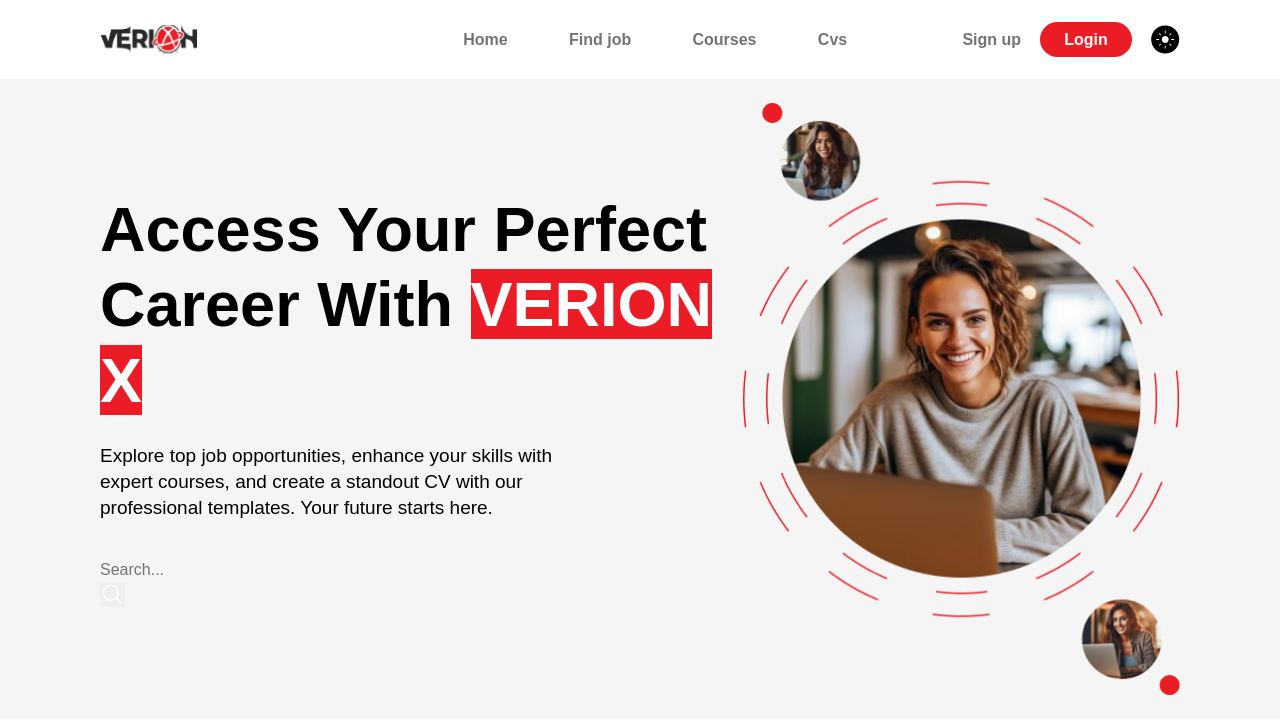
Repository: SahMenz/verionX
Page: /
An editor plug-in stored every save of this project. The page is shown before and after the next save, followed by the edit.
The browser window is 1280 px wide. The pictures show the whole page.
The project was rebuilt for these pictures with package versions that can differ from the ones it lists, and the page was loaded fresh each time. Also part of the build but not shown: vite.config.js.

Above is the page before, as saved 2024-06-14 14:51:51.

### src/App.jsx
import './App.css'
import Home from './components/home/home'
import 'bootstrap/dist/css/bootstrap.min.css';

function App() {

  return (
    <>
      <div>
          <Home />
      </div>
    </>
  )
}

export default App

### src/index.css
body {
    margin: 0;
    font-family: -apple-system, BlinkMacSystemFont, 'Segoe UI', 'Roboto', 'Oxygen',
      'Ubuntu', 'Cantarell', 'Fira Sans', 'Droid Sans', 'Helvetica Neue',
      sans-serif;
    -webkit-font-smoothing: antialiased;
    -moz-osx-font-smoothing: grayscale;
  }

  code {
    font-family: source-code-pro, Menlo, Monaco, Consolas, 'Courier New',
      monospace;
  }

  input{
    border: none;
    outline: none;
    background-color: transparent;
  }

  input[type="date"]::-webkit-inner-spin-button,
  input[type="date"]::-webkit-calendar-picker-indicator {
      display: none;
      -webkit-appearance: none;
  }

  button{
    outline: none;
    border: none;
  }

  textarea{
    background-color: transparent;
    border: none;
    outline: none;
  }

  @font-face {
    font-family: Quantico;
    src: url('./assets/fonts/Quantico.ttf');
  }

  @font-face {
    font-family: Poppins;
    src: url('./assets/fonts/Poppins.ttf');
  }

  @font-face {
    font-family: SourceSans;
    src: url('./assets/fonts/SourceSans.ttf');
  }


  /* Alerts */
  .alert-enter {
    opacity: 0;
    transform: scale(0.9);
  }
  .alert-enter-active {
    opacity: 1;
    transform: translateX(0);
    transition: opacity 300ms, transform 300ms;
  }
  .alert-exit {
    opacity: 1;
  }
  .alert-exit-active {
    opacity: 0;
    transform: scale(0.9);
    transition: opacity 300ms, transform 300ms;
  }




  /* ScrollBar  */
  /* width */
  ::-webkit-scrollbar {
    width: 5px;
  }

  /* Track */
  ::-webkit-scrollbar-track {
    background: #f1f1f1;
  }

  /* Handle */
  ::-webkit-scrollbar-thumb {
    background: #BD3193CC;
  }

  /* Handle on hover */
  ::-webkit-scrollbar-thumb:hover {
    background: rgba(189, 49, 147, 0.6);
  }

### src/App.css
*, *::before, *::after{
  padding: 0px;
  margin: 0px;
  box-sizing: border-box;
  font-family: "Rubik", sans-serif;
}
/* #root {
  max-width: 1280px;
  margin: 0 auto;
  padding: 2rem;
  text-align: center;
} */


/* BACKGROUND COLORS */

.bg-f5{
  background-color: #F5F5F5;
}
.bg-eb{
  background-color: #EB1C25;
}
.bg-ff{
  background-color: #fff;
}
.bg-d9{
  background-color: #D9D9D9;
  opacity: 20%;
}
.bg-00{
  background-color: #000;
}


/* FONT SIZES */

.txt-11{
  font-size: 11px;
}
.txt-13{
  font-size: 13px;
}
.txt-16{
  font-size: 16px;
}
.txt-19{
  font-size: 19px;
}
.txt-23{
  font-size: 23px;
}
.txt-45{
  font-size: 45px;
}
.txt-63{
  font-size: 63px;
}


/* TEXT COLOR */

.txt-eb{
  color:#EB1C25
}
.txt-f3{
  color: #737373
}
.txt-ff{
  color:#fff
}
.txt-00{
  color: #000;
}


/* FONT WEIGHT */

.fw-400{
  font-weight: 400;
}
.fw-500{
  font-weight: 500;
}
.fw-600{
  font-weight: 600;
}


/* LINE HEIGHT */

.lh-19{
  line-height: 19.2px;
}
.lh-75{
  line-height: 75.6px;
}
.lh-26{
  line-height: 26.38px;
}
.lh-22{
  line-height: 22.8px;
}
.lh-27{
  line-height: 27.6px;
}
.lh-15{
  line-height: 15.89px;
}
.lh-13{
  line-height: 13.2px;
}
.lh-54{
  line-height: 54px;
}
.lh-34{
  line-height: 34.5px;
}
.lh-67{
  line-height: 67.5px;
}
.lh-32{
  line-height: 32.2px;
}
.lh-18{
  line-height: 18.96px;
}

### src/components/home/home.jsx
import Navigation from "../navigation/navigation"
import Hero from "./hero/hero"

function Home() {
  return (
    <div >
        <Navigation />
        <Hero />
    </div>
  )
}

export default Home

### src/components/navigation/navigation.jsx
import logo from '../../assets/images/logo.svg'
import CustomSvg from '../customSvg/customSvg'
import './navigation.css'


function Navigation() {

  return (
    <div className="d-flex justify-content-between navContainer">
        <img src={logo} alt="" />
        <div className='d-none d-lg-flex navigationLink justify-content-between align-items-center'>
          <div className='d-flex justify-content-between align-items-center links'>
            <a href="#" className='small-txt lh-19 fw-600 text-decoration-none txt-f3'>Home</a>
            <a href="#" className='small-txt lh-19 fw-600 text-decoration-none txt-f3'>Find job</a>
            <a href="#" className='small-txt lh-19 fw-600 text-decoration-none txt-f3'>Courses</a>
            <a href="#" className='small-txt lh-19 fw-600 text-decoration-none txt-f3'>Cvs</a>
          </div>
          <div className='d-flex justify-content-between align-items-center switchmode'>
            <a href="#" className='small-txt lh-19 fw-600 text-decoration-none txt-f3'>Sign up</a>
            <a href="#" className='small-txt lh-19 fw-600 text-decoration-none txt-ff bg-eb px-4 py-2 rounded-5'>Login</a>
            <CustomSvg name="switchModes" className="cursor-pointer"/>
          </div>
        </div>
        <div className=' d-lg-none cursor-pointer' style={{width: "40px", height: "40px", display: 'flex', flexDirection: 'column', alignItems: "center", justifyContent: "center", gap: "5px"}}>
          <div style={{width : "30px", height:"3px", backgroundColor : 'black' }}></div>
          <div style={{width : "30px", height:"3px", backgroundColor : 'black' }}></div>
          <div style={{width : "30px", height:"3px", backgroundColor : 'black' }}></div>
        </div>
    </div>
  )
}

export default Navigation

### src/components/home/hero/hero.jsx
import accesYourPerfectImage from '../../../assets/images/accesYourPerfectImage.png';
import CustomSvg from '../../customSvg/customSvg';

function Hero() {
  return (
    <div className='d-flex align-items-center justify-content-between py-4 bg-f5' style={{padding: "0px 100px",}}>
        <div style={{width: "50vw", maxWidth:"773px"}}>
            <div className='txt-63 lh-75 txt-ff fw-600 txt-00' style={{width: "50vw", maxWidth:"733px"}}>Access Your Perfect Career With <span className='bg-eb fw-600 txt-ff'>VERION X</span></div>
            <div className='txt-00 lh-26 txt-19' style={{width:"39vw", maxWidth:"630px", padding:" 24px 0px 36px 0px"}}>
                Explore top job opportunities, enhance your skills with expert courses, and create a standout CV with our professional templates. Your future starts here.
            </div>
            <div className="search-container" >
                <input type="text" placeholder="Search..."  style={{width: "733px"}}/>
                <button><CustomSvg name="search" className="bg-eb p-2" style={{borderRadius:"10px" ,position: "absolute", right: "5px", top:"50%", transform: "translateY(-50%)"}}/></button>
            </div>
            <div></div>
        </div>
        <img src={accesYourPerfectImage} style={{width: "35vw", maxWidth:"437px"}} alt="three images" />
    </div>
  )
}

export default Hero

### src/components/navigation/navigation.css
.navContainer{
    padding: 22px 100px;
    box-shadow: 0px 10px 10px 10px rgba(0, 0, 0, 0.2);
}

.navigationLink{
    width: 56vw;
    min-width: 600px;
    max-width: 888px;
}
.links{
    width: 30vw;
    min-width: 300px;
    max-width: 482px;
}
.switchmode{
    width: 17vw;
    min-width: 200px;
    max-width: 254px;
}
@media screen and (min-width:325px) and (max-width:988px) {
    .navContainer{
        padding: 18px 60px;
    }
}

Loaded but not shown: src/main.jsx (common file); src/components/customSvg/customSvg.jsx (186 lines, source omitted)

After the next save:
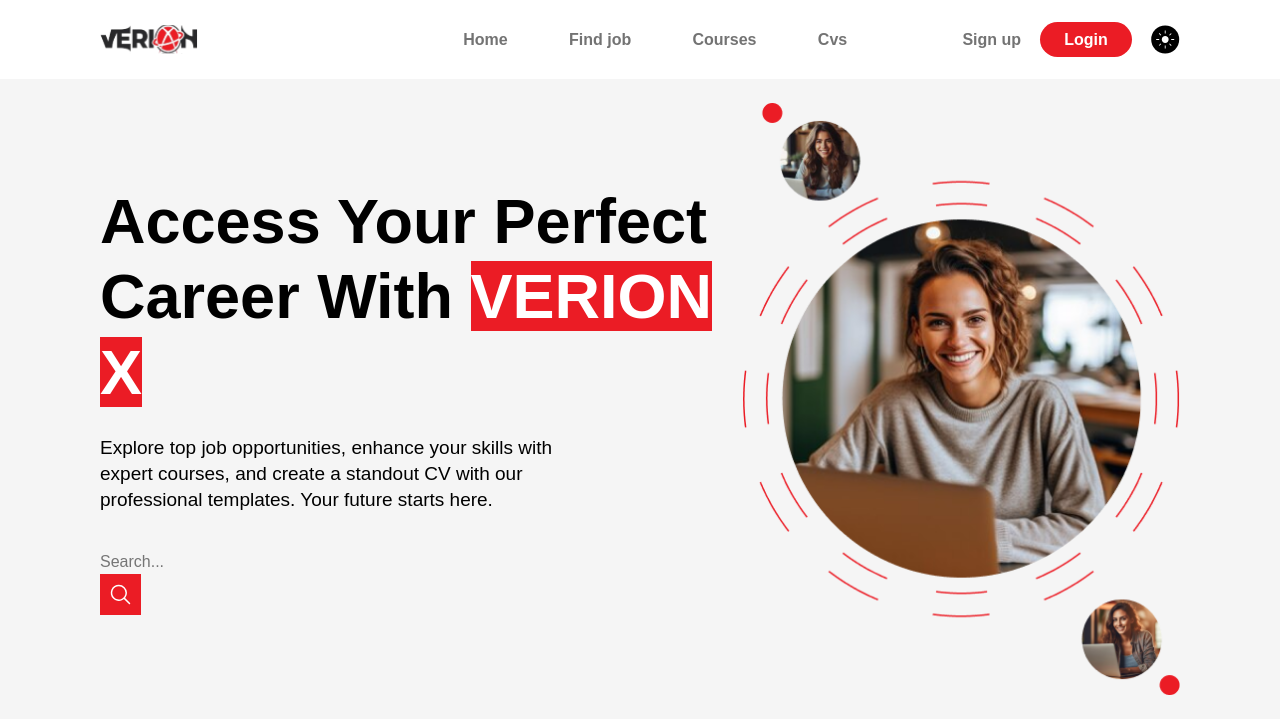
Saved 52 s later.
--- a/src/components/home/hero/hero.jsx
+++ b/src/components/home/hero/hero.jsx
@@ -11,7 +11,7 @@ function Hero() {
             </div>
             <div className="search-container" >
                 <input type="text" placeholder="Search..."  style={{width: "733px"}}/>
-                <button><CustomSvg name="search" className="bg-eb p-2" style={{borderRadius:"10px" ,position: "absolute", right: "5px", top:"50%", transform: "translateY(-50%)"}}/></button>
+                <button className="bg-eb p-2"><CustomSvg name="search" style={{borderRadius:"10px" ,position: "absolute", right: "5px", top:"50%", transform: "translateY(-50%)"}}/></button>
             </div>
             <div></div>
         </div>
